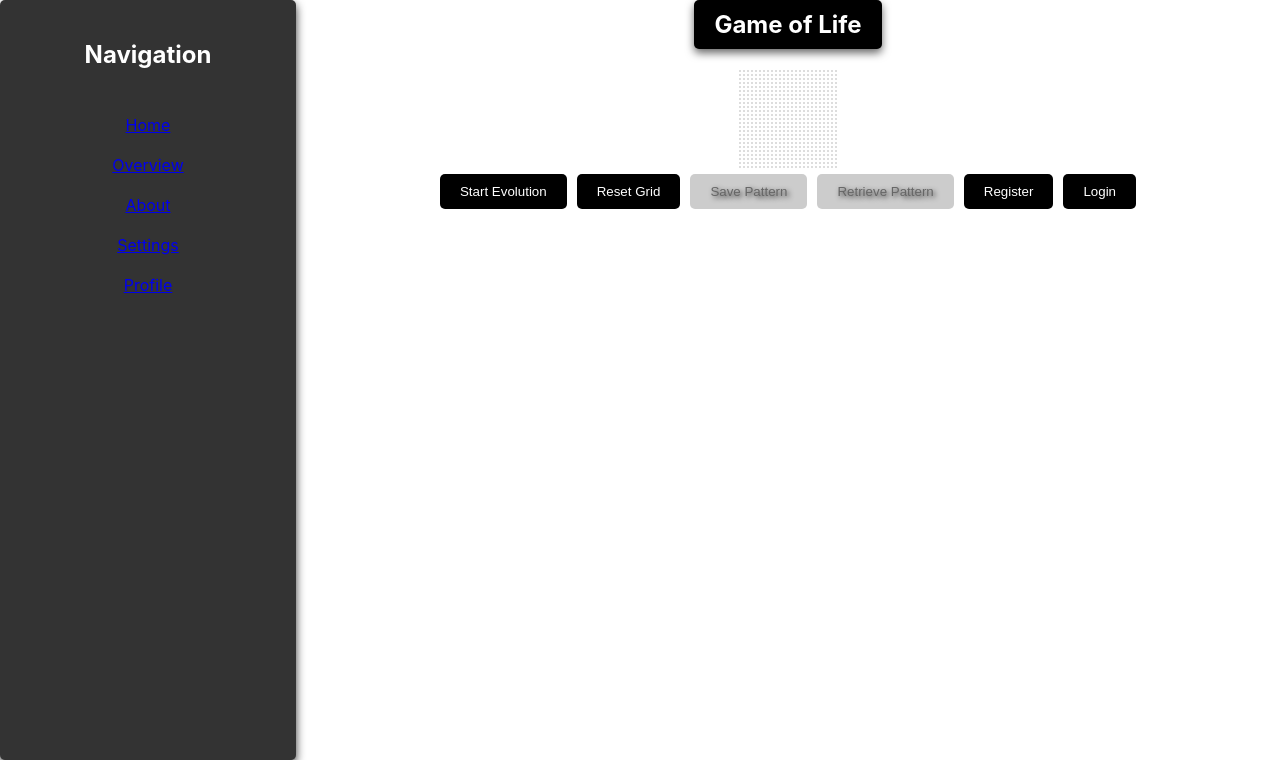
Repository: MarioDiekmann/GameOfLife
Page: /
An editor plug-in stored every save of this project. The page is shown before and after the next save, followed by the edit.
The browser window is 1280 px wide. The pictures show the whole page.
The project was rebuilt for these pictures with package versions that can differ from the ones it lists, and the page was loaded fresh each time. Also part of the build but not shown: src/components/InputForm.js, src/components/LoadPatternForm.js, src/components/RegistrationForm.js, src/components/LoginForm.js, src/pages/Overview.js.

Above is the page before, as saved 2024-11-06 17:38:15.

### src/App.js
import React from 'react';
import { BrowserRouter as Router, Route, Routes } from 'react-router-dom';
import Game from './components/Game';
import Overview from './pages/Overview';
import './App.css';
import {AuthProvider} from './AuthContext';


function App() {
  return (
    <AuthProvider>
    <Router>
      <div className="App">
        <Routes>
          <Route path="/" element={<Game/>} />
          <Route path="/Overview" element={<Overview/>} />
        </Routes>
      </div>
    </Router>
    </AuthProvider>
  );
}

export default App;

### src/components/Game.js
import React, { useState, useEffect, useCallback, useRef, useContext } from "react";
import Cell from "./Cell";
import axios from "axios";
import InputForm from "./InputForm";
import './Game.css';
import NavBar from "./NavBar";
import LoadPatternForm from "./LoadPatternForm";
import RegistrationForm from "./RegistrationForm";
import LoginForm from "./LoginForm";
import { AuthContext } from '../AuthContext';

const Game = () => {
    const startingsize = 25;
    const [size, setSize] = useState(startingsize);
    const [epochs, setEpochs] = useState(0);
    const [isEvolving, setIsEvolving] = useState(false);
    const [initialPattern, setInitialPattern] = useState([]);
    const [numResizes, setNumResizes] = useState(0);


    const [isFormVisible, setIsFormVisible] = useState(false); // State to control form visibility
    const [patternRequested, setPatternRequested] = useState(false);
    const [registrationRequested, setRegistrationRequested] = useState(false);
    const [loginRequested, setLoginRequested] = useState(false);
    const initGrid = () => Array.from({ length: size }, () => Array(size).fill(false));
    const [grid, setGrid] = useState(initGrid());
    const [tokenPresent, setTokenPresent] = useState(false);

    const previousGridRef = useRef(grid); // Reference to hold the previous grid

    const { isTokenExpired, handleLogout, token } = useContext(AuthContext);

    useEffect(() => {
        if (isTokenExpired || !token) {
            setTokenPresent(false);
            if (isTokenExpired) {
                alert("Your session has expired. Please log in again.");
                handleLogout();
            }
        } else {
            setTokenPresent(true);
        }
    }, [isTokenExpired, token, handleLogout]);

    const toggleCellState = (row, col) => {
        setGrid(prevGrid => {
            const newGrid = prevGrid.map((r, i) =>
                r.map((cell, j) => (i === row && j === col ? !cell : cell))
            );
            return newGrid;
        });
    };

    const resetGrid = () => {
        setIsEvolving(false);
        setEpochs(0);
        setSize(prevSize => {
            const newGrid = Array.from({ length: startingsize }, () => Array(startingsize).fill(false));
            setGrid(newGrid);
            setInitialPattern(newGrid);
            setNumResizes(0);
            return startingsize;
        });
    };

    const renderGrid = () => {
        return grid.map((row, rowIndex) => (
            <div key={rowIndex} className="row">
                {row.map((cell, colIndex) => (
                    <Cell
                        key={`${rowIndex}-${colIndex}`}
                        isAlive={cell}
                        onClick={() => toggleCellState(rowIndex, colIndex)}
                        numResizes = {numResizes}
                    />
                ))}
            </div>
        ));
    };

    const countNeighboursAlive = useCallback((row, col) => {
        let count = 0;
        for (let i = row - 1; i <= row + 1; i++) {
            for (let j = col - 1; j <= col + 1; j++) {
                if ((i >= 0 && i < size) && (j >= 0 && j < size) && !(i === row && j === col)) {
                    count += grid[i][j] ? 1 : 0;
                }
            }
        }
        return count;
    }, [grid, size]);

    const updateGrid = useCallback(() => {
        let newGrid = grid.map((row, rowIndex) =>
            row.map((cell, colIndex) => {
                const gridCount = countNeighboursAlive(rowIndex, colIndex);
                return cell ? gridCount === 2 || gridCount === 3 : gridCount === 3;
            })
        );
        setGrid(newGrid);
        return newGrid;
    }, [countNeighboursAlive, grid]);

    const saveInitialPattern = () => {                                          //CAN I MAKE IT SAVE WITHOUT STARTING EVOLUTION
        const deepCopy = grid.map(row => row.slice());
        setInitialPattern(deepCopy); // Save current grid as the initial pattern
    };

    const checkEdges = useCallback(() => {
        const indicesAlive = [];
        // Check upper, right, lower, and left edges
        for (let col = 0; col < size - 2; col++) {
            if (grid[0][col] && grid[0][col + 1] && grid[0][col + 2]) {
                indicesAlive.push([0, col + 1]);
                indicesAlive.push([-1, col + 1]);
            }
        }
        for (let row = 0; row < size - 2; row++) {
            if (grid[row][size - 1] && grid[row + 1][size - 1] && grid[row + 2][size - 1]) {
                indicesAlive.push([row + 1, size - 1]);
                indicesAlive.push([row + 1, size]);
            }
        }
        for (let col = size - 1; col > 1; col--) {
            if (grid[size - 1][col] && grid[size - 1][col - 1] && grid[size - 1][col - 2]) {
                indicesAlive.push([size - 1, col - 1]);
                indicesAlive.push([size, col - 1]);
            }
        }
        for (let row = size - 1; row > 1; row--) {
            if (grid[row][0] && grid[row - 1][0] && grid[row - 2][0]) {
                indicesAlive.push([row - 1, 0]);
                indicesAlive.push([row - 1, -1]);
            }
        }
        return indicesAlive;
    }, [grid, size]);

    const expandGrid = useCallback((indicesAlive) => {
        setGrid(prevGrid => {
            const newSize = 2 * size; // Double the size
            setNumResizes(prev => prev + 1);
            const newGrid = Array.from({ length: newSize }, () => Array(newSize).fill(false));

            // Calculate the offset to center the old grid in the new one
            const rowOffset = Math.floor((newSize - size) / 2);
            const colOffset = Math.floor((newSize - size) / 2);

            // Copy the existing grid to the center of the new grid
            for (let row = 0; row < size; row++) {
                for (let col = 0; col < size; col++) {
                    if (prevGrid[row][col]) {
                        newGrid[row + rowOffset][col + colOffset] = true; // Copy with offsets
                    }
                }
            }

            // Handle indicesAlive and place the alive cells correctly
            for (const [row, col] of indicesAlive) {
                let newRow = row;
                let newCol = col;

                // Adjust row and col if they are outside the original grid
                if (row === -1) newRow = rowOffset - 1;
                if (col === -1) newCol = colOffset - 1;

                newRow += rowOffset;
                newCol += colOffset;

                // Make sure the calculated newRow and newCol are within bounds
                if (newRow >= 0 && newRow < newSize && newCol >= 0 && newCol < newSize) {
                    newGrid[newRow][newCol] = true;  // Mark the cell as alive in the new grid
                }
            }

            setSize(newSize);  // Update size to the new expanded size
            return newGrid;
        });
    }, [size]);

    const runEpoch = useCallback(() => {
        const prevGrid = previousGridRef.current;
        const newGrid = updateGrid();

        const gridsAreEqual = prevGrid.every((row, i) =>
            row.every((cell, j) => cell === newGrid[i][j])
        );

        if (gridsAreEqual) {
            setIsEvolving(false);
            alert("You reached a stillstand");
            return true;
        }

        const indicesAlive = checkEdges(); // Check if we need to expand the grid
        if (indicesAlive.length !== 0) {
            expandGrid(indicesAlive);
        }

        setEpochs(prevEpochs => prevEpochs + 1);
        previousGridRef.current = newGrid;
        return false;
    }, [checkEdges, expandGrid, updateGrid]);

    useEffect(() => {
        if (!isEvolving) return;

        const maxEpochs = 1000;
        let updatedEpochs = 0;

        const interval = setInterval(() => {
            if (updatedEpochs < maxEpochs) {
                const stillstand = runEpoch();
                if (stillstand) {
                    clearInterval(interval);
                }
                updatedEpochs++;
            } else {
                setIsEvolving(false);
                clearInterval(interval);
            }
        }, 2000);

        return () => clearInterval(interval);
    }, [isEvolving, runEpoch]);

    const startEvolution = () => {
        previousGridRef.current = grid;
        saveInitialPattern();
        setIsEvolving(!isEvolving);

    };

    const stopEvolution = () => {
        previousGridRef.current = grid;
        setIsEvolving(!isEvolving);
    };

    const retrievePattern = (pattern)=>{
        initGrid();
        setGrid(pattern);
        setInitialPattern(pattern);
        setEpochs(0);
        setIsEvolving(false);
        setPatternRequested(false);
    }

    const closeForm = () => {
        setIsFormVisible(false); // Close the save pattern form
        setPatternRequested(false); // Close the retrieve pattern form
        setRegistrationRequested(false); // Close the registration form
        setLoginRequested(false); // Close the login form
    };

    const closeLogin = () => {
        setLoginRequested(false); // Close the login form
        window.location.reload();
    };

    const makeFormVisible = () => {
        saveInitialPattern();                                       //now does it work wiout start evolution???
        setIsFormVisible(true); // Show the form to save pattern
    };

    const makeRequestVisible = () => {
        setPatternRequested(true); // Show the form to retrieve pattern
    };

    const makeRegistrationVisible = () => {
        setRegistrationRequested(true); // Show the form to register
    };

    const makeLoginVisible = () => {
        if(token){
            handleLogout();
        }
        else{
        setLoginRequested(true)}; // Show the form to log in

    };

    return (
        <div style={{ display: 'flex', height: '100vh' }}>
            <NavBar />
            <div style={{ flexGrow: 1, display: 'flex', flexDirection: 'column', alignItems: 'center' }}>
                <div className="banner">
                    <h1>Game of Life</h1>
                </div>
                <br />

                {renderGrid()}
                <div className="button-container">
    <button className="button" onClick={isEvolving ? stopEvolution : startEvolution}>
        {isEvolving ? "Stop Evolution" : "Start Evolution"}
    </button>
    <button className="button reset-btn" onClick={resetGrid}>Reset Grid</button>
    {/*<div>EPOCHS: {epochs}</div>*/}
    <button className="button" onClick={makeFormVisible} disabled={!tokenPresent}>Save Pattern</button>
    <button className="button" onClick={makeRequestVisible} disabled={!tokenPresent}> Retrieve Pattern</button>
    <button className="button" onClick={makeRegistrationVisible}>Register</button>
    <button className="button" onClick={makeLoginVisible}>{token ? "Logout" : "Login"}</button>
</div>


                {/* Show the form conditionally */}
                {isFormVisible && (
                    <div className="popup-overlay">
                        <div className="popup-content">
                            <InputForm pattern={initialPattern} onSubmit={closeForm} />
                        </div>
                    </div>
                )}
                {patternRequested && (
                    <div className="popup-overlay">
                        <div className="popup-content">
                            <LoadPatternForm onSubmit={closeForm} dataHandling={retrievePattern}  />
                        </div>
                    </div>
                )}
                {registrationRequested && (
                    <div className="popup-overlay">
                        <div className="popup-content">
                            <RegistrationForm onSubmit={closeForm} />
                        </div>
                    </div>
                )}
                {loginRequested && (
                    <div className="popup-overlay">
                        <div className="popup-content">
                            <LoginForm onSubmit={closeLogin} />
                        </div>
                    </div>
                )}
            </div>
        </div>
    );
};

export default Game;

### src/AuthContext.js
import React, { createContext, useState, useEffect, useRef, useCallback } from 'react';

export const AuthContext = createContext();

export const AuthProvider = ({ children }) => {
    const [token, setToken] = useState(localStorage.getItem('authToken'));
    const tokenRef = useRef(token);
    const expirationCheckInterval = useRef(null);

    const isTokenExpired = (token) => {
        if (!token) return true;
        try {
            const { exp } = JSON.parse(atob(token.split('.')[1]));
            return Date.now() >= exp * 1000;
        } catch (error) {
            console.error('Error checking token expiration:', error);
            return true;
        }
    };

    const handleLogout = useCallback(() => {
        console.log('Logging out, clearing token');
        localStorage.removeItem('authToken');
        setToken(null);
        tokenRef.current = null;
        clearInterval(expirationCheckInterval.current);
    }, []);

    const handleExpirationAlert = useCallback(() => {
        console.log('Session expired, alerting user');
        alert('Your session has expired. Please log in again.');
        handleLogout();
    }, [handleLogout]);

    const handleLogin = (newToken) => {
        console.log('Logging in with new token:', newToken);
        localStorage.setItem('authToken', newToken);
        setToken(newToken);
        tokenRef.current = newToken;

        // Check for expiration immediately
        if (isTokenExpired(newToken)) {
            handleExpirationAlert();
        } else {
            startExpirationCheck();
        }
    };

    const startExpirationCheck = useCallback(() => {
        console.log('Starting expiration check interval');
        clearInterval(expirationCheckInterval.current);
        expirationCheckInterval.current = setInterval(() => {
            console.log('Interval tick, checking token expiration');
            if (isTokenExpired(tokenRef.current)) {
                handleExpirationAlert();
            }
        }, 1000);
    }, [handleExpirationAlert]);

    useEffect(() => {
        console.log('useEffect triggered: token is', token);
        tokenRef.current = token;

        if (token) {
            console.log('Token is set, starting expiration check');
            startExpirationCheck();
        } else {
            console.log('No token, clearing interval');
            clearInterval(expirationCheckInterval.current);
        }

        return () => {
            console.log('Clearing interval on unmount or dependency change');
            clearInterval(expirationCheckInterval.current);
        };
    }, [token, startExpirationCheck]);

    return (
        <AuthContext.Provider value={{ token, handleLogin, handleLogout }}>
            {children}
        </AuthContext.Provider>
    );
};

### src/components/Cell.js
const Cell = ({ isAlive, onClick, cellSize }) => {
  return (
      <div
          className={`cell ${isAlive ? 'alive' : 'dead'}`}
          onClick={onClick}
          style={{
              width: `${cellSize}px`,
              height: `${cellSize}px`,
              margin: '1px',
          }}
      ></div>
  );
};

export default Cell;

### src/components/Game.css
.popup-overlay {
    position: fixed;
    top: 0;
    left: 0;
    width: 100%;
    height: 100%;
    background: rgba(0, 0, 0, 0.5); /* Semi-transparent background */
    display: flex;
    justify-content: center;
    align-items: center;
    z-index: 1000; /* Ensure it's above other content */
}

.popup-content {
    background: white;
    padding: 20px;
    border-radius: 8px;
    box-shadow: 0 4px 8px rgba(0, 0, 0, 0.1);
    width: 300px;
    z-index: 1001; /* Above the backdrop */
}

body.modal-open {
    overflow: hidden; /* Prevent scrolling when modal is open */
}

.banner {
    background-color: black;
    padding: 10px 20px; /* Adjusted padding for a tighter fit */
    display: inline-block; /* Makes the banner fit the text */
    text-align: center;
    box-shadow: 0 4px 8px rgba(0, 0, 0, 0.6);
    border-radius: 5px; /* Optional: Adds rounded corners */
}

.banner h1 {
    color: white;
    font-size: 2.5em; /* Slightly reduced font size for better fit */
    text-shadow: 2px 2px 5px rgba(0, 0, 0, 0.8);
    margin: 0; /* Removes default margin */
}



.button {
    background-color: black; /* Same as the banner background */
    color: white; /* White text for contrast */
    padding: 10px 20px; /* Padding for a better touch target */
    border: none; /* Remove default border */
    border-radius: 5px; /* Rounded corners */
    cursor: pointer; /* Pointer cursor on hover */
    margin: 5px; /* Space between buttons */
    text-shadow: 2px 2px 5px rgba(0, 0, 0, 0.8); /* Similar text shadow as the banner */
}

.button:hover {
    background-color: #333; /* Slightly lighter on hover */
}

.button:disabled {
    background-color: #ccc; /* Grey background for disabled state */
    color: #666; /* Lighter text color */
    cursor: not-allowed; /* Change cursor to indicate it's disabled */
    pointer-events: none; /* Prevent click events */
}

.button-container {
    position: relative;
    display: inline-block;
}

.tooltip-text {
    visibility: hidden;
    position: absolute;
    bottom: 125%; /* Position above the button */
    left: 50%;
    transform: translateX(-50%);
    background-color: #333;
    color: #fff;
    padding: 5px 10px;
    border-radius: 5px;
    font-size: 0.9em;
    white-space: nowrap;
    z-index: 10;
    opacity: 0;
    transition: opacity 0.3s ease;
}

.button-container:hover .tooltip-text {
    visibility: visible;
    opacity: 1;
}

/* Game.css */

.game-container {
    display: flex;
    flex-direction: column;
    align-items: center;
    justify-content: center;
    height: 100vh;
    overflow: hidden;
}

.row {
    display: flex;
}

.cell {
    border: 1px solid #ddd;
    transition: background-color 0.3s;
}
.cell.alive {
    background-color: black;
}
.cell.dead {
    background-color: white;
}

### src/components/NavBar.js
import React from 'react';
import { Link } from 'react-router-dom';
import './NavBar.css';

const NavBar = () => {
    const navItems = [
        { name: "Home", path: "/" },
        { name: "Overview", path: "/Overview" },
        { name: "About", path: "/about" },
        { name: "Settings", path: "/settings" },
        { name: "Profile", path: "/profile" },
    ];

    return (
        <div className="navbar">
            <h2>Navigation</h2>
            <ul>
                {navItems.map((item, index) => (
                    <li key={index}>
                        <Link to={item.path}>{item.name}</Link>
                    </li>
                ))}
            </ul>
        </div>
    );
};

export default NavBar;

### src/pages/Overview.css
/* Overview.css */
.overview-container {
    display: flex;
    height: 100vh;
}

.navbar {
    width: 20%;
    background-color: #333;
    color: #fff;
    display: flex;
    flex-direction: column;
    align-items: center;
    padding-top: 20px;
    min-height: 100%;
}

.content {
    flex: 1;
    display: flex;
    flex-direction: column;
    align-items: center;
    padding: 20px;
}

.banner h1 {
    color: white;
    font-size: 1.5em;
    text-shadow: 1px 1px 2px rgba(0, 0, 0, 0.5);
    margin: 0;
}

.text-content {
    margin-top: 20px;
    color: #333;
    text-align: center;
    font-size: 1.2em;
}

### src/components/NavBar.css
.navbar {
    background-color: black;            /* Black background */
    color: white;                       /* White text color */
    padding: 20px;                      /* Padding around the content */
    width: 200px;                       /* Set width for the navbar */
    box-shadow: 0 4px 10px rgba(0, 0, 0, 0.8); /* Add shadow */
    border-radius: 5px;                /* Rounded corners */
    height: 100%;                       /* Full height */
}

.navbar h2 {
    text-align: center;                 /* Center header text */
    margin-bottom: 20px;                /* Space below the header */
}

/* Other styles remain unchanged */


.navbar ul {
    list-style-type: none;              /* Remove default list styles */
    padding: 0;                         /* Remove padding */
}

.navbar li {
    padding: 10px;                      /* Padding for each item */
    cursor: pointer;                    /* Pointer cursor on hover */
    text-align: center;                 /* Center text */
    transition: background-color 0.3s;  /* Smooth background change */
}

.navbar li:hover {
    background-color: #444;             /* Change background on hover */
}

### src/components/Cell.css
.cell {
  display: inline-flex; /* Align cells next to each other */
  border: 2px solid #ddd;
  box-sizing: border-box; /* Ensure padding and border are included in width/height */
  transition: background-color 0.3s;
}

.cell.alive {
  background-color: black; /* Green for living cells */
}

.cell.dead {
  background-color: white; /* Red for dead cells */
}

Loaded but not shown: public/index.html (common file); src/index.js (common file); src/index.css (common file); src/reportWebVitals.js (common file); src/App.css (common file)

After the next save:
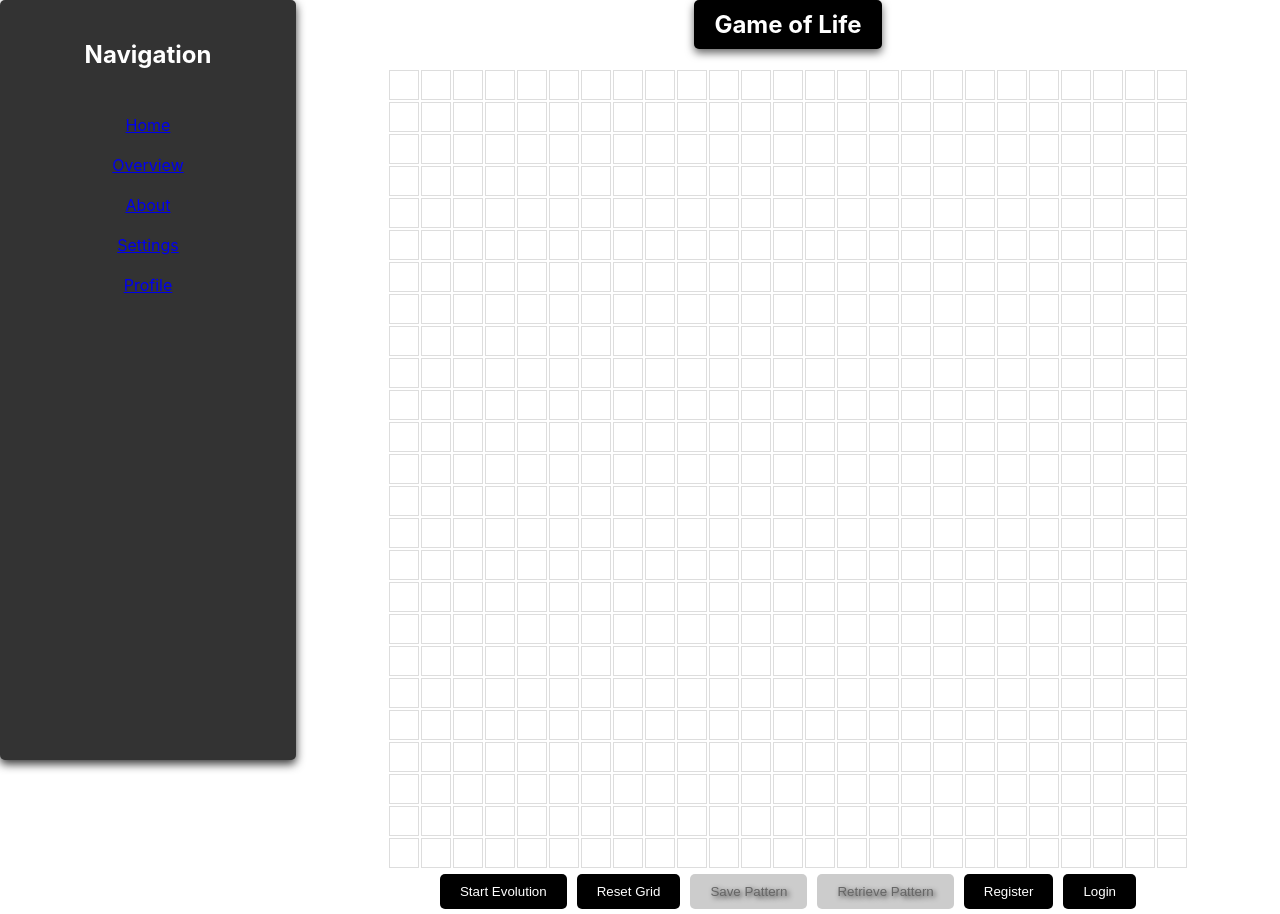
Saved 20 min 31 s later.
--- a/src/components/Cell.js
+++ b/src/components/Cell.js
@@ -1,14 +1,25 @@
-const Cell = ({ isAlive, onClick, cellSize }) => {
+import React from 'react';
+import './Cell.css';
+
+const Cell = ({ isAlive, onClick, numResizes }) => {
+  // Base sizes for cell dimensions and margin
+  const baseSize = 30; // Base cell size when numResizes = 1
+  const baseMargin = 1; // Base margin when numResizes = 1
+
+  // Calculate cell size and margin based on numResizes
+  const cellSize = baseSize / Math.pow(2, numResizes );
+  const marginSize = baseMargin / Math.pow(2, numResizes );
+
   return (
-      <div
-          className={`cell ${isAlive ? 'alive' : 'dead'}`}
-          onClick={onClick}
-          style={{
-              width: `${cellSize}px`,
-              height: `${cellSize}px`,
-              margin: '1px',
-          }}
-      ></div>
+    <div
+      className={`cell ${isAlive ? 'alive' : 'dead'}`}
+      onClick={onClick}
+      style={{
+        width: `${cellSize}px`,
+        height: `${cellSize}px`,
+        margin: `${marginSize}px`, // Uniform margin applied
+      }}
+    ></div>
   );
 };
 
